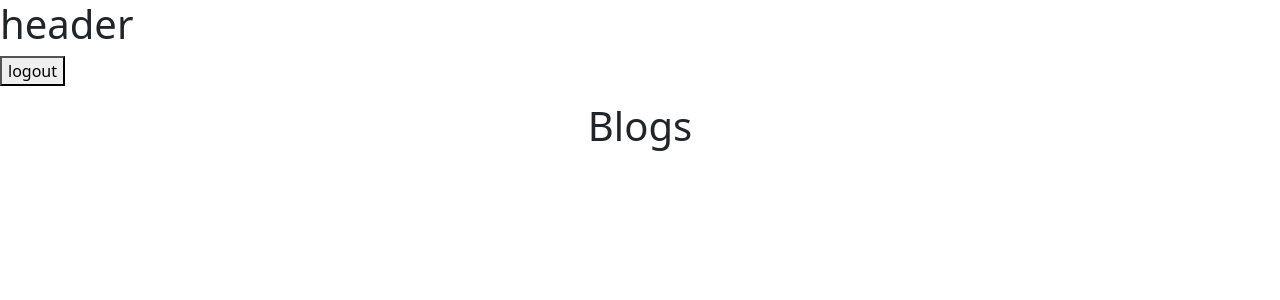
Repository: wasimalbokae2000/blogs
Page: http://localhost/posts
These files come from the project's save history. The page is drawn as it stood at one moment and after the next save; the edit follows.
The browser window is 1280 px wide. The pictures show the whole page.
The page is served by the project's Laravel application, run on PHP 8.4 with Laravel 12. A made-up administrator, Test User (test@example.com), is signed in. Other server files are loaded and not shown. Queries for data that is not in the repository find no rows.

Above is the page before, as saved 2024-12-23 17:01:18.

### routes/web.php
<?php
use Illuminate\Support\Facades\Route;
use App\Http\Controllers\PostController;
use App\Http\Controllers\AuthController;
use App\Http\Controllers\UserController;
Route::middleware("auth")->group(function(): void
{
    Route::get('/posts/create', [PostController::class, "create"] )->name("posts.create");
    Route::get('/posts', [PostController::class, "index"])->name("posts");
    Route::POST('/posts/store', [PostController::class, "store"] )->name("posts.store");
    Route::get('/posts/show/id={id?}', [PostController::class, "show"] )->name("posts.show");
    Route::get('/posts/edit/id={id?}', [PostController::class, "edit"] )->name("posts.edit");
    Route::POST('/posts/update/id={id?}', [PostController::class, "update"] )->name("posts.update");
    Route::get('/posts/delete/id={id?}', [PostController::class, "destroy"] )->name("posts.delete");
    Route::post('/logout', [AuthController::class,"logout"] )->name("logout");


    Route::get('/users', [UserController::class, "index"])->name("users");
    Route::get('/users/create', [UserController::class, "create"] )->name("users.create");
    Route::POST('/users/store', [UserController::class, "store"] )->name("users.store");
    Route::get('/users/show/id={id?}', [UserController::class, "show"] )->name("users.show");
    Route::get('/users/edit/id={id?}', [UserController::class, "edit"] )->name("users.edit");
    Route::POST('/users/update/id={id?}', [UserController::class, "update"] )->name("users.update");
    Route::get('/users/delete/id={id?}', [UserController::class, "destroy"] )->name("users.delete");
});
Route::get('/', [AuthController::class ,"formlogin"] )->name("login");
Route::post('/', [AuthController::class,"login"]);
Route::middleware("guest")->group(function(): void
{


});

### app/Models/User.php
<?php

namespace App\Models;

// use Illuminate\Contracts\Auth\MustVerifyEmail;
use Illuminate\Database\Eloquent\Factories\HasFactory;
use Illuminate\Foundation\Auth\User as Authenticatable;
use Illuminate\Notifications\Notifiable;

class User extends Authenticatable
{
    /** @use HasFactory<\Database\Factories\UserFactory> */
    use HasFactory, Notifiable;

    /**
     * The attributes that are mass assignable.
     *
     * @var array<int, string>
     */
    protected $fillable = [
        'name',
        'email',
        'password',
        'is_admin',
    ];

    /**
     * The attributes that should be hidden for serialization.
     *
     * @var array<int, string>
     */
    protected $hidden = [
        'password',
        'remember_token',
    ];

    /**
     * Get the attributes that should be cast.
     *
     * @return array<string, string>
     */
    protected function casts(): array
    {
        return [
            'email_verified_at' => 'datetime',
            'password' => 'hashed',
        ];
    }
}

### app/Http/Controllers/PostController.php
<?php
namespace App\Http\Controllers;
use App\Models\Post;
use App\Models\User;
use Illuminate\Http\Request;
use Illuminate\Support\Facades\Auth;
use Illuminate\Foundation\Auth\Access\AuthorizesRequests;


class PostController extends Controller
{
    use AuthorizesRequests;

    public function index()
    {
            $posts=Post::all();
            return view("posts.index",compact("posts"));
    }
    public function create()
    {
        $this->authorize("is_admin",User::class);
        return view("posts.create");
    }
    public function store(Request $request)
    {
        $arr_images=array();
        if($images=$request->file("image"))
        {
            foreach($images as $image)
            {
                $imgName=$image->getClientOriginalName() . '-'. uniqid() . '.'.$image->getClientOriginalExtension();
                $arr_images[]=$imgName;
                 $image->move(public_path("/images"),$imgName);
            }
        }
        if( Post::create([
            "title"=>$request->title,
            "description"=>$request->description,
            "image"=>json_encode( $arr_images)
            ]))
        return redirect()->route('posts');
        return view("posts.index");
    }
    public function show($id)
    {
        $post=Post::find($id);
        return view("posts.show",compact("post"));
    }
    public function edit($id)
    {
        $post=Post::find($id);
        return view("posts.edit",compact("post"));
    }
    public function update(Request $request, $id)
    {
        $post=POST::find($id);
        $post->title=$request->title;
        $post->description=$request->description;
        $arr_images=array();
        if($images=$request->file("image"))
        {
            foreach($images as $image)
            {
                $imgName=$image->getClientOriginalName() . '-'. uniqid() . '.'.$image->getClientOriginalExtension();
                $arr_images[]=$imgName;
                $image->move(public_path("/images"),$imgName);
            }
            $post->image=json_encode($arr_images);
        }
        $post->save();
        return redirect()->route('posts');
    }
    public function destroy($id)
    {
        if(Auth::User()->is_admin==true)
        {
            $post = Post::find($id);
            $post->delete();
            return redirect()->route('posts');
        }
        else
        {
            $error = "You are not admin";
            return redirect()->route('posts')->with('error', $error);
        }


    }
}

### app/Models/Post.php
<?php

namespace App\Models;

use Illuminate\Database\Eloquent\Model;

class Post extends Model
{
    protected $fillable = [
        'title',
        'description',
        'image',
    ];
}

### resources/views/posts/index.blade.php

<head>
    <meta charset="UTF-8">
    <meta name="viewport" content="width=device-width, initial-scale=1.0">
    <meta http-equiv="X-UA-Compatible" content="ie=edge">
    <link href="https://cdn.jsdelivr.net/npm/bootstrap@5.3.3/dist/css/bootstrap.min.css" rel="stylesheet" integrity="sha384-QWTKZyjpPEjISv5WaRU9OFeRpok6YctnYmDr5pNlyT2bRjXh0JMhjY6hW+ALEwIH" crossorigin="anonymous">
    <title></title>
    <style>
        .card-text
        {
            -webkit-box-orient: vertical;
            -webkit-line-clamp: 2;
            overflow: hidden;
            min-height: 80px;
        }
    </style>
</head>
<body>
    @extends("layouts.app")
    @section("son")
    <div class="container">
        @can('p_Is_admin')
        <h1>hello admin</h1>
        @endcan

        <h1 class="text-center">Blogs</h1>
        @cannot('p_Is_admin', Auth::user())
        <a href="{{route('posts.create')}}" class="btn btn-warning">+</a>
        @endcannot
        <div class="row">
            @foreach ($posts as $post )
            <div class="mt-3 mb-3 col-xxl-4 col-xl-4 col-lg-6 col-md-12 col-sm-12">
                <div class="card ">
                    <div id="post_{{$post->id}}" class="carousel slide carousel-fade">
                        <div class="carousel-inner">
                            @foreach ($imgs=json_decode($post->image)  as $index=> $img )
                            @if ($index===0)
                            <div class="carousel-item active" id="{{$img}}">
                                    <img  height="200" src="/images/{{$img}}" class="d-block w-100" alt="Not Found">
                            </div>
                            @else
                            <div class="carousel-item " id="{{$img}}">
                                <img height="200" src="/images/{{$img}}" class="d-block w-100" alt="Not Found">
                        </div>
                            @endif
                        @endforeach
                    </div>
                        @if (count($imgs)>1)
                        <button class="carousel-control-prev" id="post_{{$post->id}}" data-bs-target="#post_{{$post->id}}" data-bs-slide="prev">
                          <span class="carousel-control-prev-icon" aria-hidden="true"></span>
                          <span class="visually-hidden">Previous</span>
                        </button>
                        <button class="carousel-control-next"  id="bpost_{{$post->id}}"   data-bs-target="#post_{{$post->id}}" data-bs-slide="next">
                          <span class="carousel-control-next-icon" aria-hidden="true"></span>
                          <span class="visually-hidden">Next</span>
                        </button>
                        @endif
                    </div>
                     <div class="card-body">
                        <h5 class="card-title text-success text-center">{{ $post->title }}</h5>
                        <p class="card-text">{{ $post->description }}</p>
                        <div class="d-flex justify-content-center">
                            <a href="{{route('posts.show',$post->id)}}" class="m-2 btn btn-primary">Show</a>
                            <a href="{{route('posts.edit',$post->id)}}" class="m-2 btn btn-secondary">Edit</a>
                            @can('is_admin')
                            <a href="{{route('posts.delete',$post->id)}}" class="m-2 btn btn-danger">Delete</a>
                            @endcan
                        </div>
                    </div>
                    <div class="card-footer">
                        <small class="text-body-secondary">
                            @if ( empty($post->updated_at))
                            {{ $post->created_at->diffForHumans() }}
                            @else
                            {{$post->updated_at->diffForHumans()}}
                            @endif

                         </small>
                    </div>
                </div>
            </div>
            @endforeach
        </div>
        @if(@session('error'))
        <h1>  {{session('error')}}</h1>
        @endif

</div>
@endsection
</body>
</html>
<script src="https://cdn.jsdelivr.net/npm/bootstrap@5.3.3/dist/js/bootstrap.bundle.min.js" integrity="sha384-YvpcrYf0tY3lHB60NNkmXc5s9fDVZLESaAA55NDzOxhy9GkcIdslK1eN7N6jIeHz" crossorigin="anonymous"></script>

### app/Policies/UserPolicy.php
<?php

namespace App\Policies;

use App\Models\User;
use Illuminate\Auth\Access\Response;

class UserPolicy
{

    public function p_Is_admin(User $user): bool
    {
        return $user->is_admin;
    }


}

### resources/views/layouts/app.blade.php

<div>
    <h1>header</h1>
    <form action="{{ route("logout") }}" method="POST">
        @method("POST")
        @csrf
        <button type="submit">logout</button>
    </form>
    @yield("son")
</div>

Loaded but not shown: app/Http/Controllers/Controller.php (common file)

After the next save:
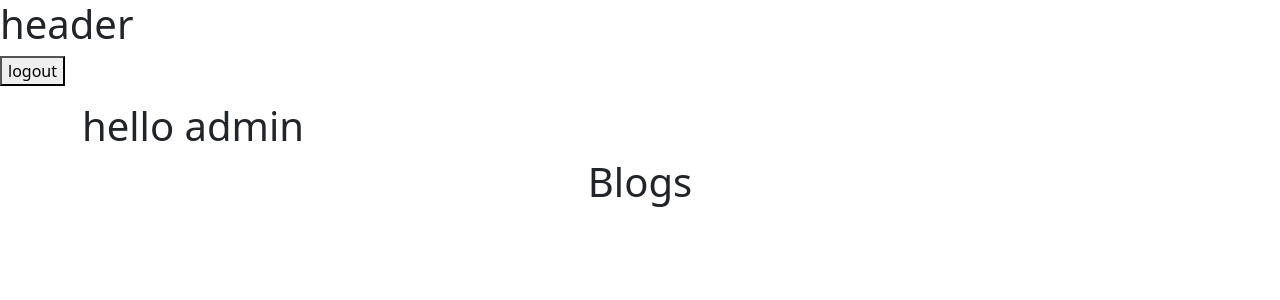
Saved 23 s later.
--- a/resources/views/posts/index.blade.php
+++ b/resources/views/posts/index.blade.php
@@ -19,7 +19,7 @@
     @extends("layouts.app")
     @section("son")
     <div class="container">
-        @can('p_Is_admin')
+        @can('p_Is_admin', Auth::user())
         <h1>hello admin</h1>
         @endcan
 
